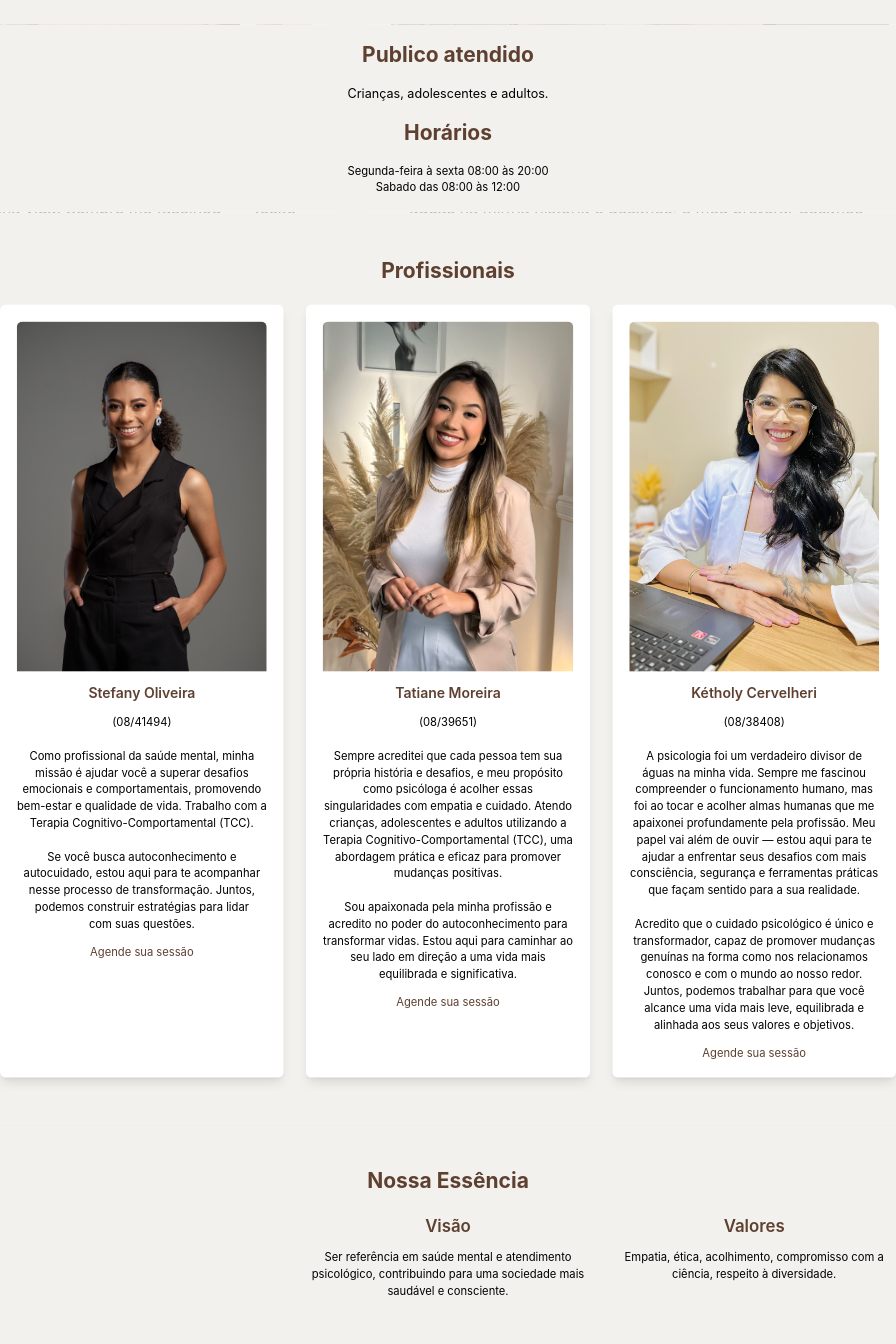
Repository: Mcervelheri/Nous
Page: /
These files come from the project's save history. The page is drawn as it stood at one moment and after a run of saves; the edit follows.
The browser window is 1280 px wide. The pictures show the part of the page from y = 1188 to 3108 px (the page is 3108 px tall before and 3076 px after), at 70% of full size.
The project was rebuilt for these pictures with package versions that can differ from the ones it lists, and the page was loaded fresh each time. Also part of the build but not shown: vite.config.js.

Above is the page before, as saved 2025-02-20 20:33:00.

### index.html
<!DOCTYPE html>
<html lang="en">
  <head>
    <meta charset="UTF-8" />
    <link rel="icon" type="image/svg+xml" href="/src/assets/logos/NOUS.png" />
    <meta name="viewport" content="width=device-width, initial-scale=1.0" />
    <title>Clínica NOUS</title>
  </head>
  <body>
    <div id="root"></div>
    <script type="module" src="/src/main.jsx"></script>
  </body>
</html>

### src/index.css
* {
  margin: 0;
  padding: 0;
  box-sizing: border-box;
}

@media (min-width: 768px) {
  .menu {
    display: flex !important;
  }

  .img_meninas {
    height: 500px;
  }
}

@media (max-width: 768px) {
  .img_meninas {
    height: 500px;
  }

  .inicio {
    flex-direction: column;
  }
}

@media (max-width: 570px) {
  .inicio p {
    text-align: center;
    font-size: 14px;
  }
}

html,
body {
  height: 100%;
  margin: 0;
  padding: 0;
}

#root {
  min-height: 100%;
  display: flex;
  flex-direction: column;
}

main {
  flex: 1;
  padding-bottom: 100px;
  /* Espaço suficiente para o footer */
}

footer {
  flex-shrink: 0;
  /* Isso impede que o footer encolha */
}

body {
  margin: 0;
  font-family: -apple-system, BlinkMacSystemFont, "Segoe UI", "Roboto", "Oxygen",
    "Ubuntu", "Cantarell", "Fira Sans", "Droid Sans", "Helvetica Neue",
    sans-serif;
  -webkit-font-smoothing: antialiased;
  -moz-osx-font-smoothing: grayscale;
}

code {
  font-family: source-code-pro, Menlo, Monaco, Consolas, "Courier New",
    monospace;
}

.map-container {
  height: 100%;
  width: 100%;
}

@tailwind base;
@tailwind components;
@tailwind utilities;

### src/components/Header.jsx
import "react";
import { useState } from "react";
import NavLogo from "./NavLogo";
import HamburgerButton from "./HamburgerButton.jsx";
import NavLinks from "./NavLinks";
import logoNous from "/src/assets/logos/logo-nous.png";

const Header = () => {
  const [isOpen, setIsOpen] = useState(false);

  return (
    <nav className="bg-white w-full">
      <div className="max-w-7xl mx-auto px-4 sm:px-6 lg:px-8">
        <div className="flex justify-between items-center h-16">
          <NavLogo logoSrc={logoNous} alt="Logo NOUS" />
          <HamburgerButton isOpen={isOpen} onClick={() => setIsOpen(!isOpen)} />
          <NavLinks isOpen={isOpen} />
        </div>
      </div>
    </nav>
  );
};

export default Header;

### src/components/Main.jsx
import "react";
import Home from "./Home";
import About from "./About";
import Informations from "./Informations";
import Professionals from "./Professionals";
import Essence from "./Essence";

const Main = () => {
  return (
    <>
      <Home />
      <About />
      <Informations />
      <Professionals />
      <Essence />
    </>
  );
};

export default Main;

### src/components/NavLogo.jsx
import React from "react";

const NavLogo = ({ logoSrc, alt }) => (
  <div>
    <a href="#inicio">
      <img src={logoSrc} alt={alt} className="h-16" />
    </a>
  </div>
);

export default NavLogo;

### src/components/HamburgerButton.jsx
import React from "react";

const HamburgerButton = ({ isOpen, onClick }) => (
  <button
    className="md:hidden text-[#5e4031] focus:outline-none shadow-md p-2"
    onClick={onClick}
  >
    <svg
      className="w-6 h-6"
      xmlns="http://www.w3.org/2000/svg"
      fill="none"
      viewBox="0 0 24 24"
      stroke="currentColor"
    >
      <path
        strokeLinecap="round"
        strokeLinejoin="round"
        strokeWidth={2}
        d={!isOpen ? "M4 6h16M4 12h16M4 18h16" : "M6 18L18 6M6 6l12 12"}
      />
    </svg>
  </button>
);

export default HamburgerButton;

### src/components/NavLinks.jsx
import React from "react";
import NavLink from "./NavLink";

const NavLinks = ({ isOpen }) => {
  const links = [
    { href: "#inicio", label: "Início" },
    { href: "#sobre", label: "Sobre" },
    { href: "#profissionais", label: "Profissionais" },
    { href: "#missao", label: "Missão" },
    { href: "#contato", label: "Agende", isButton: true },
  ];

  return (
    <div
      className={`${
        isOpen ? "absolute top-16 right-0 bg-white shadow-md z-10" : "hidden"
      } md:flex md:items-center md:space-x-6 menu`}
    >
      {links.map((link) => (
        <NavLink key={link.href} href={link.href} isButton={link.isButton}>
          {link.label}
        </NavLink>
      ))}
    </div>
  );
};

export default NavLinks;

### src/components/Home.jsx
import "react";
import logoGrande from "/src/assets/logos/logo-nous-grande.png";

const Home = () => {
  return (
    <div id="inicio" className="relative h-screen">
      <div className="inicio fixed inset-0 flex items-center bg-[#bb947e] justify-center z-10 pointer-events-none">
        <div className="max-w-xl">
          <img src={logoGrande} alt="NOUS " className="img_inicio object-fit" />
        </div>
        <p className="text-xl max-w-2xl text-black mx-auto">
          Reconheça, compreenda, transforme-se.
        </p>
      </div>
    </div>
  );
};

export default Home;

### src/components/About.jsx
import React from "react";

const Sobre = () => {
  return (
    <div id="sobre" className="relative bg-[#f3f1ed] py-16 z-20">
      <div className="container mx-auto text-center">
        <h2 className="text-3xl font-bold mb-6 text-[#5e4031]">
          NOUS: Significado
        </h2>
        <p className="max-w-2xl mx-auto text-lg">
          O nome Nous vem do grego antigo e significa “mente”, “inteligência” ou
          “razão”. Na filosofia grega, Nous é a razão divina que governa o
          universo, trazendo ordem e harmonia ao cosmos. Para nós, esse conceito
          simboliza a importância do autoconhecimento e da inteligência
          emocional no cuidado com a saúde mental.
          <br></br>
          <br></br>
          Em nossa clínica, Nous representa nossa missão de cuidar da mente e
          promover o equilíbrio através da razão e do entendimento profundo dos
          sentimentos e pensamentos.
        </p>
      </div>
    </div>
  );
};

export default Sobre;

### src/components/Informations.jsx
import React from "react";

const Information = () => {
  return (
    <div id="Informacoes" className="relative bg-[#f3f1ed] py-6 z-20">
      <div className="container mx-auto text-center">
        <h2 className="text-3xl font-bold mb-6 text-[#5e4031]">
          Publico atendido
        </h2>
        <p className="max-w-2xl mx-auto text-lg">
          Crianças, adolescentes e adultos.
        </p>
        <br></br>
        <h2 className="text-3xl font-bold mb-6 text-[#5e4031]">Horários</h2>
        <p>Segunda-feira à sexta 08:00 às 20:00</p>
        <p>Sabado das 08:00 às 12:00</p>
      </div>
    </div>
  );
};

export default Information;

### src/components/Professionals.jsx
import React from "react";
import ProfessionalsList from "./ProfessionalsList";

const Professionals = () => {
  return (
    <>
      <div id="profissionais" className="relative bg-[#f3f1ed] py-16 z-20">
        <div className="container mx-auto text-center">
          <h2 className="text-3xl font-bold mb-8 text-[#5e4031]">
            Profissionais
          </h2>
          <ProfessionalsList />
        </div>
      </div>
    </>
  );
};

export default Professionals;

### src/components/Essence.jsx
import React from "react";
import EssenceItem from "./EssenceItem";

const Mission = () => {
  return (
    <div id="missao" className="py-16 relative bg-[#f3f1ed] z-20">
      <div className="container mx-auto text-center">
        <h2 className="text-3xl font-bold mb-8 text-[#5e4031]">
          Nossa Essência
        </h2>
        <div className="grid md:grid-cols-3 gap-8">
          <EssenceItem />
          <div>
            <h3 className="text-2xl font-semibold mb-4 text-[#5e4031]">
              Visão
            </h3>
            <p>
              Ser referência em saúde mental e atendimento psicológico,
              contribuindo para uma sociedade mais saudável e consciente.
            </p>
          </div>
          <div>
            <h3 className="text-2xl font-semibold mb-4 text-[#5e4031]">
              Valores
            </h3>
            <p>
              Empatia, ética, acolhimento, compromisso com a ciência, respeito à
              diversidade.
            </p>
          </div>
        </div>
      </div>
    </div>
  );
};

export default Mission;

### src/components/NavLink.jsx
import React from "react";

const NavLink = ({ href, children, isButton }) => {
  const baseClasses = "block px-4 py-2";
  const regularClasses = `${baseClasses} md:px-0 hover:text-[#bb947e]`;
  const buttonClasses = `${baseClasses} bg-[#bb947e] text-white px-4 py-2 rounded hover:bg-[#c79165]`;

  return (
    <a href={href} className={isButton ? buttonClasses : regularClasses}>
      {children}
    </a>
  );
};
export default NavLink;

### src/components/ProfessionalsList.jsx
import React from "react";
import Professional from "./Professional";
import professionalsData from "./ProfessionalsData";

const ProfessionalsList = () => {
  return (
    <div className="grid grid-cols-1 lg:grid-cols-3 gap-8">
      {professionalsData.map((professional, index) => (
        <Professional
          key={index}
          img={professional.img}
          name={professional.name}
          crp={professional.crp}
          text1={professional.text1}
          text2={professional.text2}
        />
      ))}
    </div>
  );
};

export default ProfessionalsList;

### src/components/EssenceItem.jsx
import React from "react";

const EssenceItem = ({ item, text }) => {
  return (
    <div>
      <h3 className="text-2xl font-semibold mb-4 text-[#5e4031]">{item}</h3>
      <p>{text}</p>
    </div>
  );
};

export default EssenceItem;

### src/components/Professional.jsx
import React from "react";

const Professional = ({ img, name, crp, text1, text2 }) => {
  return (
    <div className="bg-white shadow-lg rounded-lg p-6 w-full">
      <div>
        <img
          src={img}
          alt={name}
          className="w-full img_meninas object-cover object-top rounded-t-lg"
        />
      </div>
      <h3 className="text-xl font-semibold my-4 text-[#5e4031]">{name}</h3>
      <p className="mb-4">
        ({crp})
        <br />
        <br />
        {text1}
        <br />
        <br />
        {text2}
      </p>
      <a href="#contato" className="text-[#5e4031] hover:underline">
        Agende sua sessão
      </a>
    </div>
  );
};

export default Professional;

### src/components/ProfessionalsData.jsx
import stefanyImg from "/src/assets/Professionals/Stefany.jpg";
import tatianeImg from "/src/assets/Professionals/Tatiane.jpg";
import ketholyImg from "/src/assets/Professionals/Ketholy.jpg";

const professionalsData = [
  {
    img: stefanyImg,
    name: "Stefany Oliveira",
    crp: "08/41494",
    text1:
      "Como profissional da saúde mental, minha missão é ajudar você a superar desafios emocionais e comportamentais, promovendo bem-estar e qualidade de vida. Trabalho com a Terapia Cognitivo-Comportamental (TCC).",
    text2:
      "Se você busca autoconhecimento e autocuidado, estou aqui para te acompanhar nesse processo de transformação. Juntos, podemos construir estratégias para lidar com suas questões.",
  },
  {
    img: tatianeImg,
    name: "Tatiane Moreira",
    crp: "08/39651",
    text1:
      "Sempre acreditei que cada pessoa tem sua própria história e desafios, e meu propósito como psicóloga é acolher essas singularidades com empatia e cuidado. Atendo crianças, adolescentes e adultos utilizando a Terapia Cognitivo-Comportamental (TCC), uma abordagem prática e eficaz para promover mudanças positivas.",
    text2:
      "Sou apaixonada pela minha profissão e acredito no poder do autoconhecimento para transformar vidas. Estou aqui para caminhar ao seu lado em direção a uma vida mais equilibrada e significativa.",
  },
  {
    img: ketholyImg,
    name: "Kétholy Cervelheri",
    crp: "08/38408",
    text1:
      "A psicologia foi um verdadeiro divisor de águas na minha vida. Sempre me fascinou compreender o funcionamento humano, mas foi ao tocar e acolher almas humanas que me apaixonei profundamente pela profissão. Meu papel vai além de ouvir — estou aqui para te ajudar a enfrentar seus desafios com mais consciência, segurança e ferramentas práticas que façam sentido para a sua realidade.",
    text2:
      "Acredito que o cuidado psicológico é único e transformador, capaz de promover mudanças genuínas na forma como nos relacionamos conosco e com o mundo ao nosso redor. Juntos, podemos trabalhar para que você alcance uma vida mais leve, equilibrada e alinhada aos seus valores e objetivos.",
  },
];

export default professionalsData;

### src/components/EssenceList.jsx
import React from "react";
import EssenceItem from "./EssenceItem";
import EssenceItensData from "./EssenceItensData";

const EssenceList = () => {
  return (
    {EssenceItensData.map((item, index) => (
        <EssenceItem key={index} {...item}
        />
    ))}
  );
};

export default EssenceList;

### src/components/EssenceItensData.jsx
import React from "react";

const EssenceItensData = [
  {
    title: "Missão",
    text: "Oferecer cuidado psicológico de excelência, promovendo o autoconhecimento, a saúde emocional e o bem-estar dos nossos clientes.",
  },
  {
    title: "Visão",
    text: "Ser referência em saúde mental e atendimento psicológico, contribuindo para uma sociedade mais saudável e consciente.",
  },
  {
    title: "Valores",
    text: "Empatia, ética, acolhimento, compromisso com a ciência, respeito à diversidade.",
  },
];

export default EssenceItensData;

Loaded but not shown: src/main.jsx (common file); src/App.jsx (common file); tailwind.config.js (common file)

After the next 2 saves:
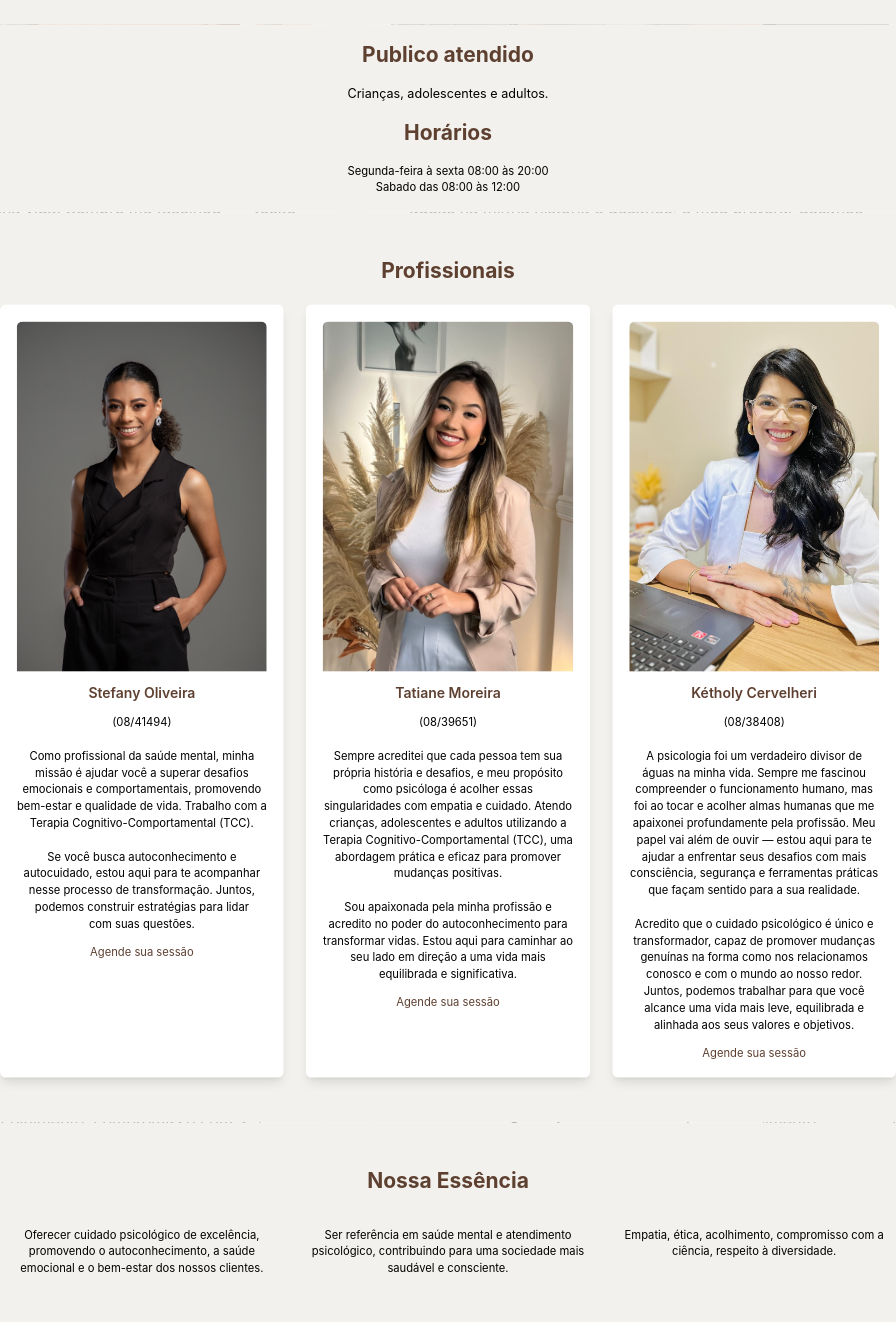
The 2 saves are shown as one change because 1 did not build or start.
The last was saved 4 min 18 s later.
--- a/src/components/Essence.jsx
+++ b/src/components/Essence.jsx
@@ -1,5 +1,5 @@
 import React from "react";
-import EssenceItem from "./EssenceItem";
+import EssenceList from "./EssenceList";
 
 const Mission = () => {
   return (
@@ -9,25 +9,7 @@ const Mission = () => {
           Nossa Essência
         </h2>
         <div className="grid md:grid-cols-3 gap-8">
-          <EssenceItem />
-          <div>
-            <h3 className="text-2xl font-semibold mb-4 text-[#5e4031]">
-              Visão
-            </h3>
-            <p>
-              Ser referência em saúde mental e atendimento psicológico,
-              contribuindo para uma sociedade mais saudável e consciente.
-            </p>
-          </div>
-          <div>
-            <h3 className="text-2xl font-semibold mb-4 text-[#5e4031]">
-              Valores
-            </h3>
-            <p>
-              Empatia, ética, acolhimento, compromisso com a ciência, respeito à
-              diversidade.
-            </p>
-          </div>
+          <EssenceList />
         </div>
       </div>
     </div>
--- a/src/components/EssenceList.jsx
+++ b/src/components/EssenceList.jsx
@@ -4,10 +4,11 @@ import EssenceItensData from "./EssenceItensData";
 
 const EssenceList = () => {
   return (
-    {EssenceItensData.map((item, index) => (
-        <EssenceItem key={index} {...item}
-        />
-    ))}
+    <>
+      {EssenceItensData.map((item, index) => (
+        <EssenceItem key={index} {...item} />
+      ))}
+    </>
   );
 };
 
